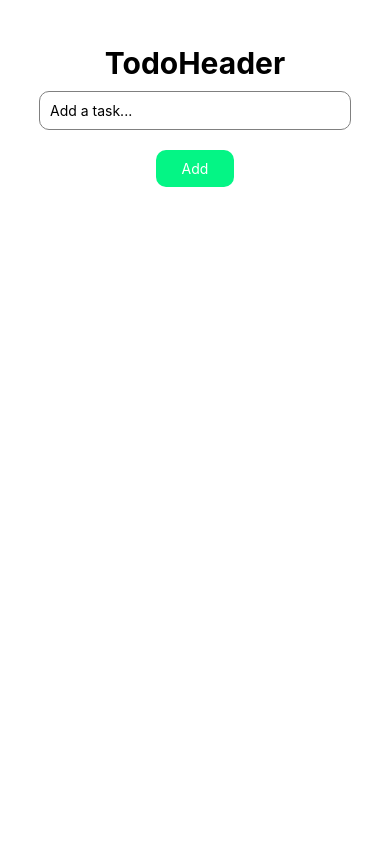
Repository: itadori17/Redux-Todo
Screen: /
These files come from the project's save history. The screen is drawn as it stood at one moment and after the next save; the edit follows.
The app was drawn by React Native's web renderer in a window 390 px wide. The project was rebuilt for these pictures with package versions that can differ from the ones it lists, and the page was loaded fresh each time.

Above is the screen before, as saved 2022-08-16 16:31:04.

After the next save:
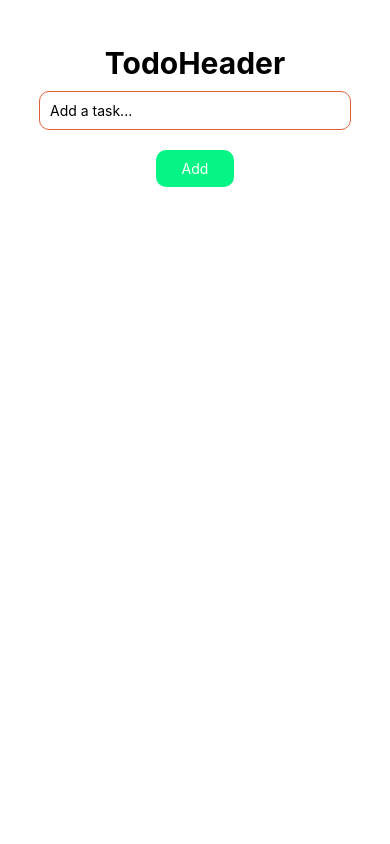
Saved 32 s later.
--- a/src/components/TodoHeader.js
+++ b/src/components/TodoHeader.js
@@ -24,7 +24,7 @@ const TodoHeader = () => {
                 >
                 <TextInput
                     style={{
-                        borderColor: 'grey',
+                        borderColor: '#DE603A',
                         borderWidth: 1,
                         padding: 10,
                         margin: 10,
